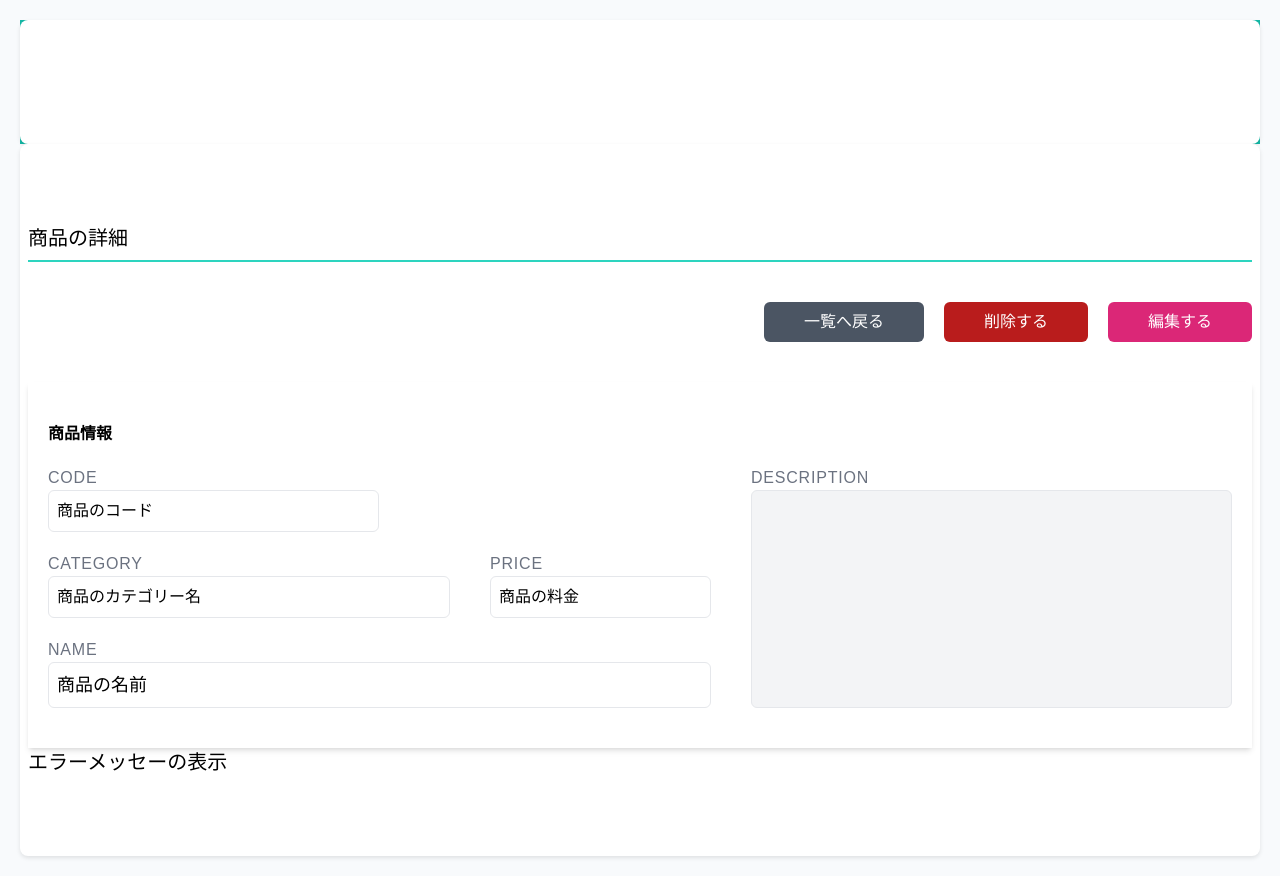
Repository: ShunKUN1182/STD_PHP
Page: http://localhost/kadai07_1.php?product_code=1901
An editor plug-in stored every save of this project. The page is shown before and after the next save, followed by the edit.
The browser window is 1280 px wide. The pictures show the whole page.
Some web libraries are served in a nearby version. The page is run by PHP 8.4 with error messages shown; the project is at /var/www/html/. The database holds what the project's SQL file puts in it.

Above is the page before, as saved 2026-07-10 13:52:16.

After the next save:
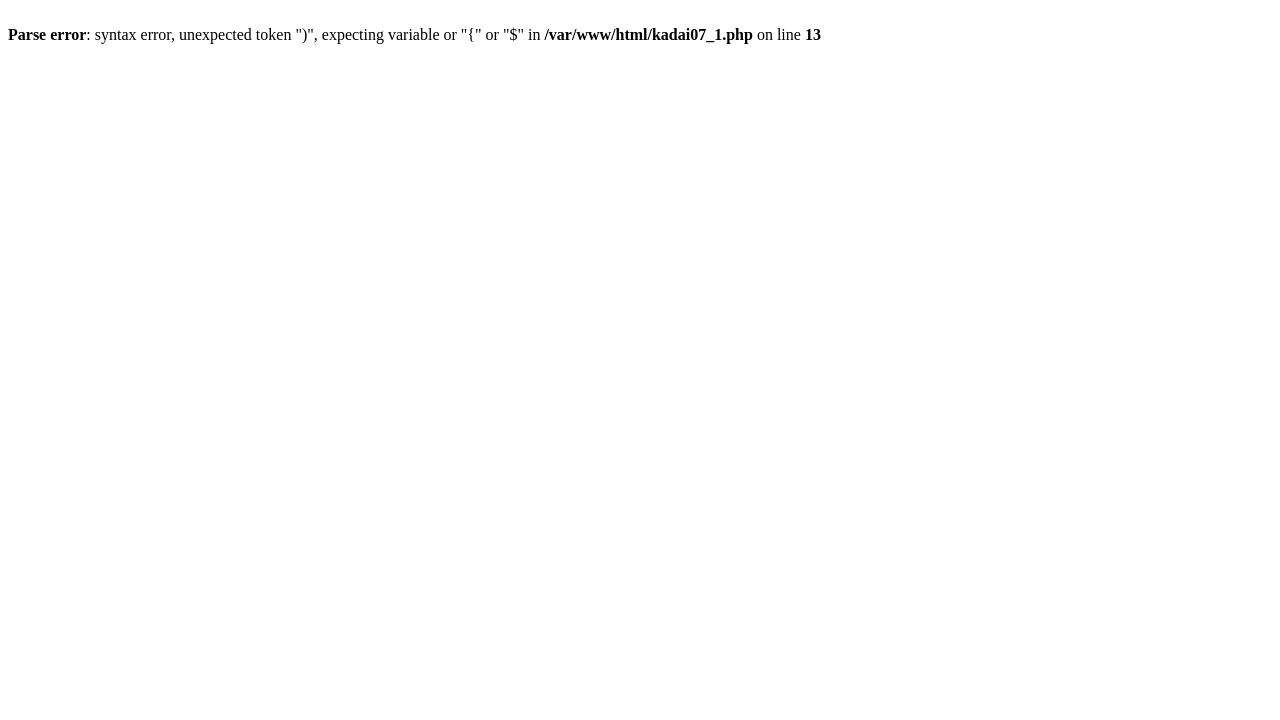
Saved 4 s later.
--- a/kadai07_1.php
+++ b/kadai07_1.php
@@ -10,7 +10,7 @@ $sql = "SELECT * FROM $products_table WHERE code = $productCode";
 $stmt = $db-> prepare($sql);
 $stmt->execute();
 $productResult = [];
-
+while($)
 ?>
 <!DOCTYPE html>
 <html lang="ja">
